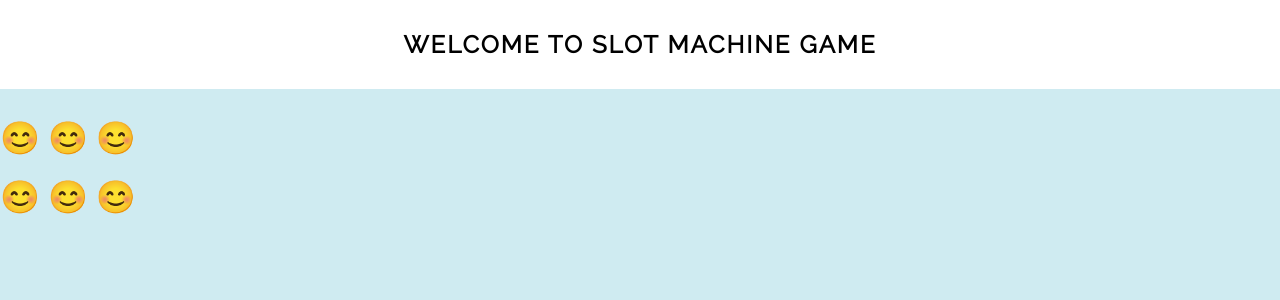
Repository: duggallakshya/slotMachineReact
Page: /
The author's editor kept a copy of each file at every save. The page is drawn from the files as they stood at one save, then again after a run of saves.
The browser window is 1280 px wide. The pictures show the whole page.
The project was rebuilt for these pictures with package versions that can differ from the ones it lists, and the page was loaded fresh each time.

Above is the page before, as saved 2022-03-22 21:37:10.

After the next 2 saves:
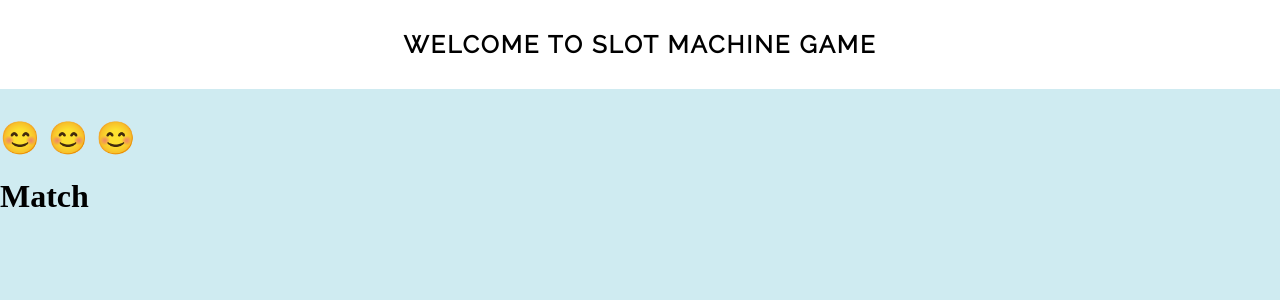
The 2 saves are shown as one change because they came seconds apart.
The last was saved 9 s later.
--- a/src/App.jsx
+++ b/src/App.jsx
@@ -11,7 +11,7 @@ const SlotMachine = () => {
                 <div className="slot-inner">
 
                     <h1> {x} {y} {z} </h1>
-                    <h1> {x} {y} {z} </h1>
+                    <h1> Match </h1>
 
                 </div>
             </>
